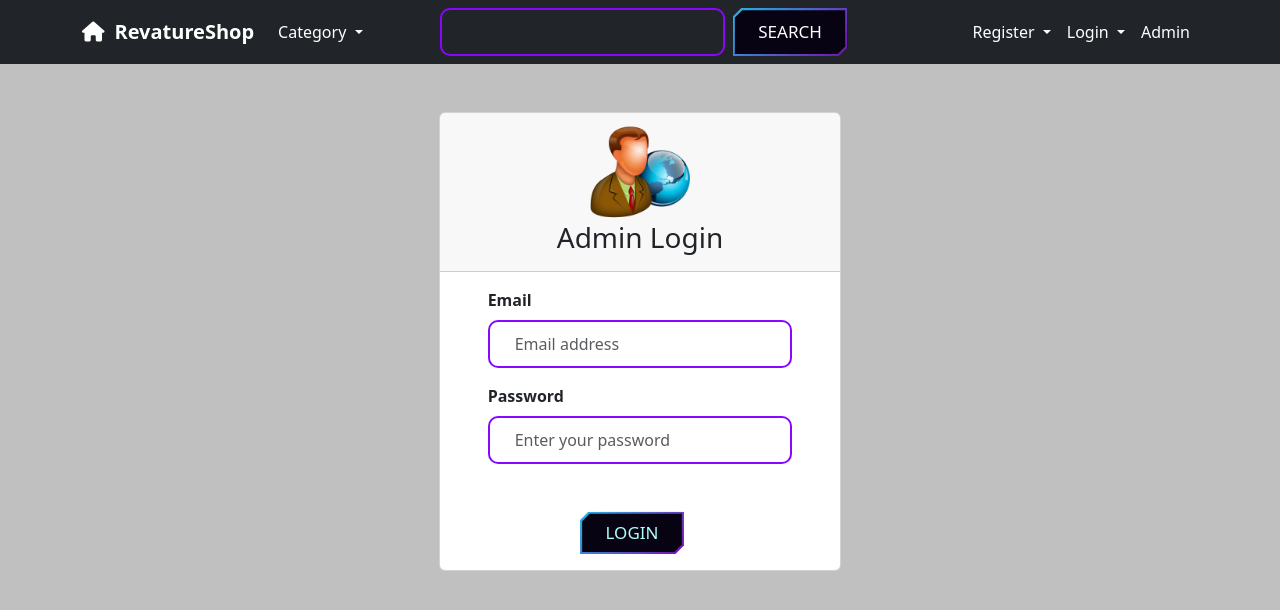
Repository: asmitsuragond15/Project_Ecom
Page: http://localhost/RevatureShop/adminlogin.jsp
These files come from the project's save history. The page is drawn as it stood at one moment and after the next save; the edit follows.
The browser window is 1280 px wide. The pictures show the whole page.
The page is served by Tomcat 10. Queries for data that is not in the repository find no rows.

Above is the page before, as saved 2024-08-31 19:12:33.

After the next save:
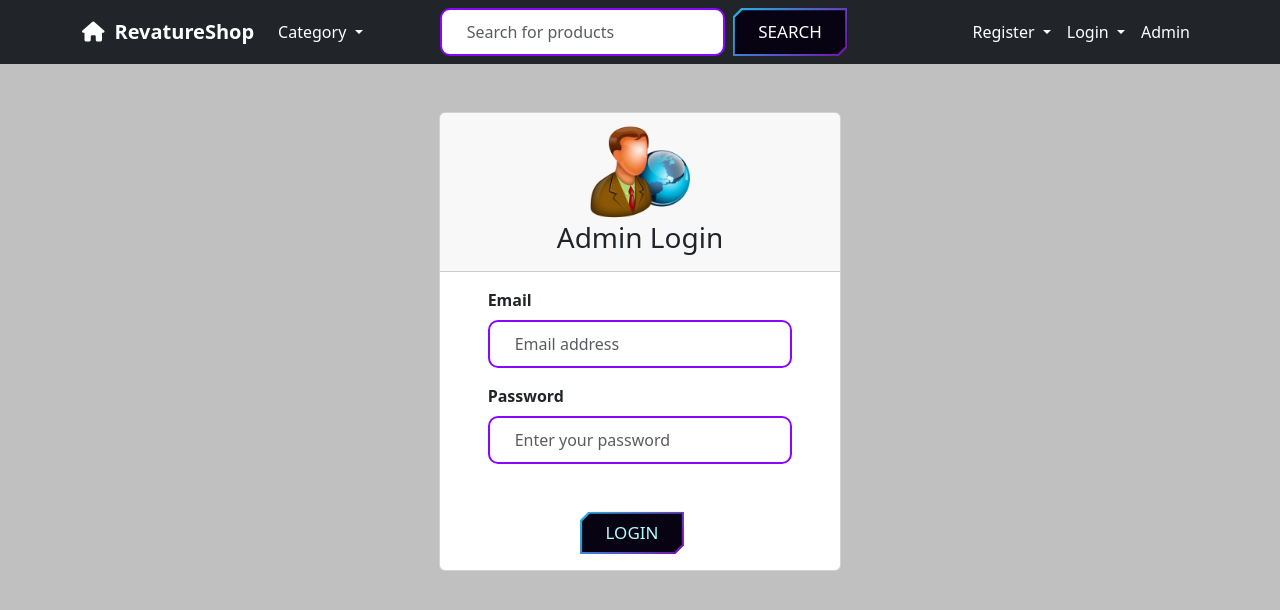
Saved 63 s later.
--- a/RevatureShop/src/main/webapp/adminlogin.jsp
+++ b/RevatureShop/src/main/webapp/adminlogin.jsp
@@ -115,7 +115,7 @@ label {
   border: 2px solid #8707ff;
   border-radius: 10px;
   padding: 10px 25px;
-  background: transparent;
+  background: white;
   max-width: 100%;
 }
 
